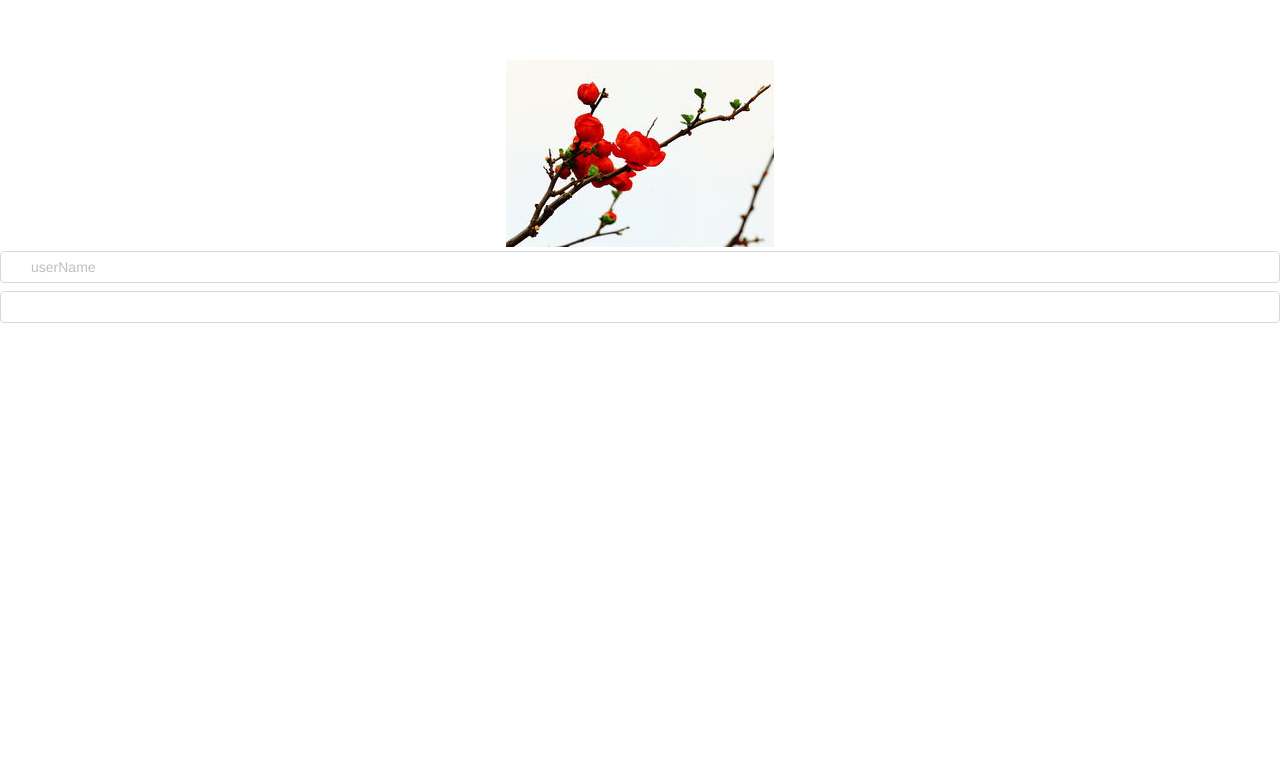
Repository: zhongdm/vue-vuex-antd
Page: /#/
These files come from the project's save history. The page is drawn as it stood at one moment and after the next save; the edit follows.
The browser window is 1280 px wide. The pictures show the whole page.
The project was rebuilt for these pictures with package versions that can differ from the ones it lists, and the page was loaded fresh each time.

Above is the page before, as saved 2019-03-13 14:50:08.

After the next save:
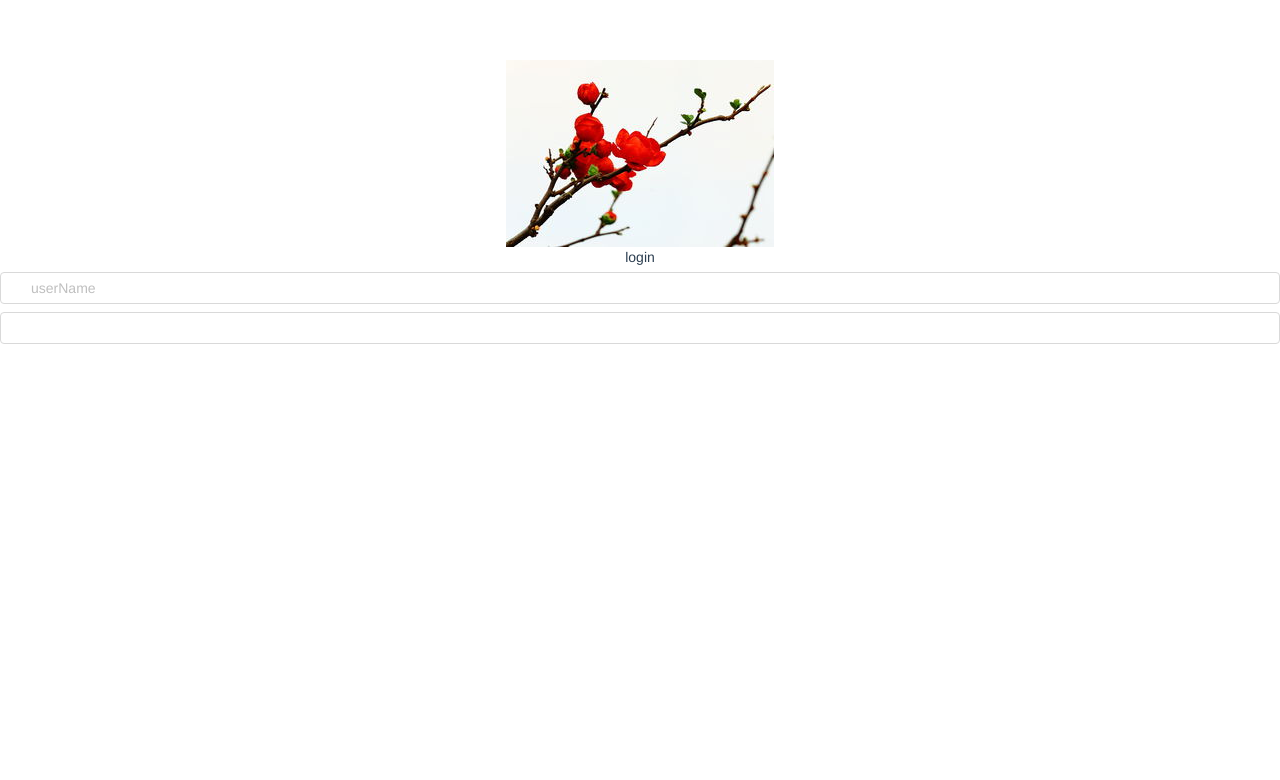
Saved 61 s later.
--- a/src/pages/Login.vue
+++ b/src/pages/Login.vue
@@ -1,5 +1,5 @@
 <template>
-  <div>
+  <div>login
     <a-form>
       <a-form-item>
         <a-input

After the save that followed:
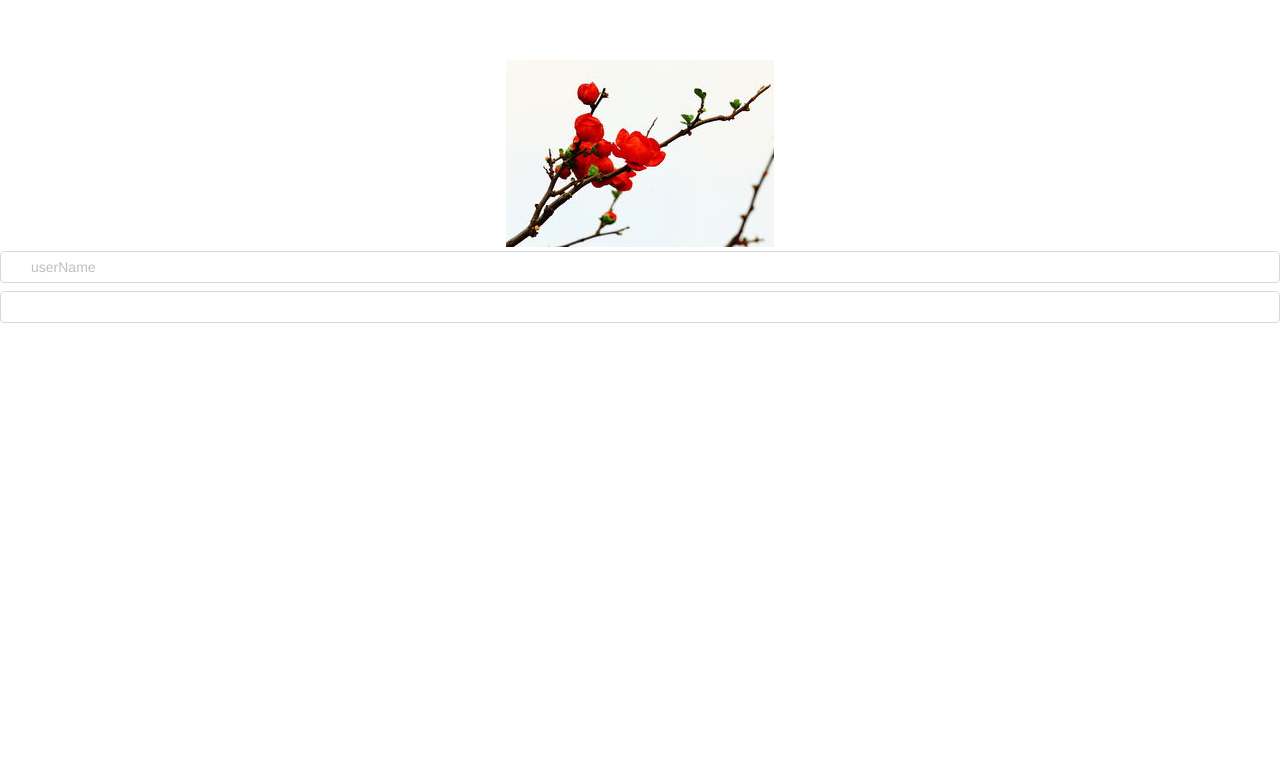
Saved 19 s later.
--- a/src/pages/Login.vue
+++ b/src/pages/Login.vue
@@ -1,5 +1,5 @@
 <template>
-  <div>login
+  <div>
     <a-form>
       <a-form-item>
         <a-input
